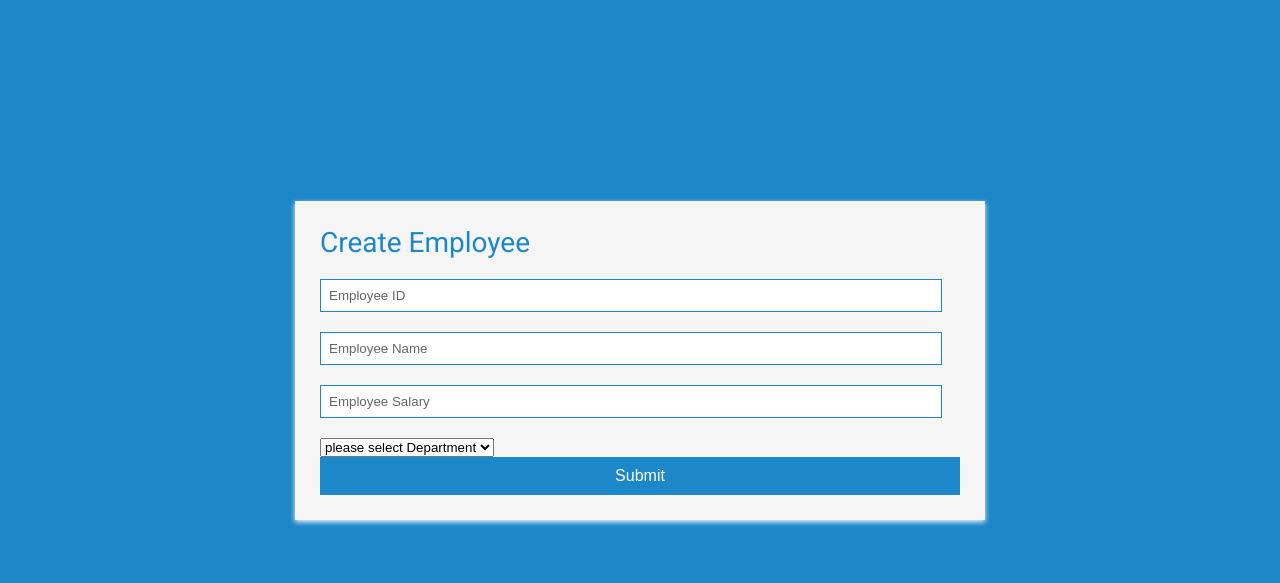
Repository: Meghanareddy1098/employee1
Page: http://localhost/employee-webApp/
An editor plug-in stored every save of this project. The page is shown before and after the next save, followed by the edit.
The browser window is 1280 px wide. The pictures show the whole page.
Some web libraries are served in a nearby version. The page is served by Tomcat 10.

Above is the page before, as saved 2022-05-29 10:34:25.

After the next save:
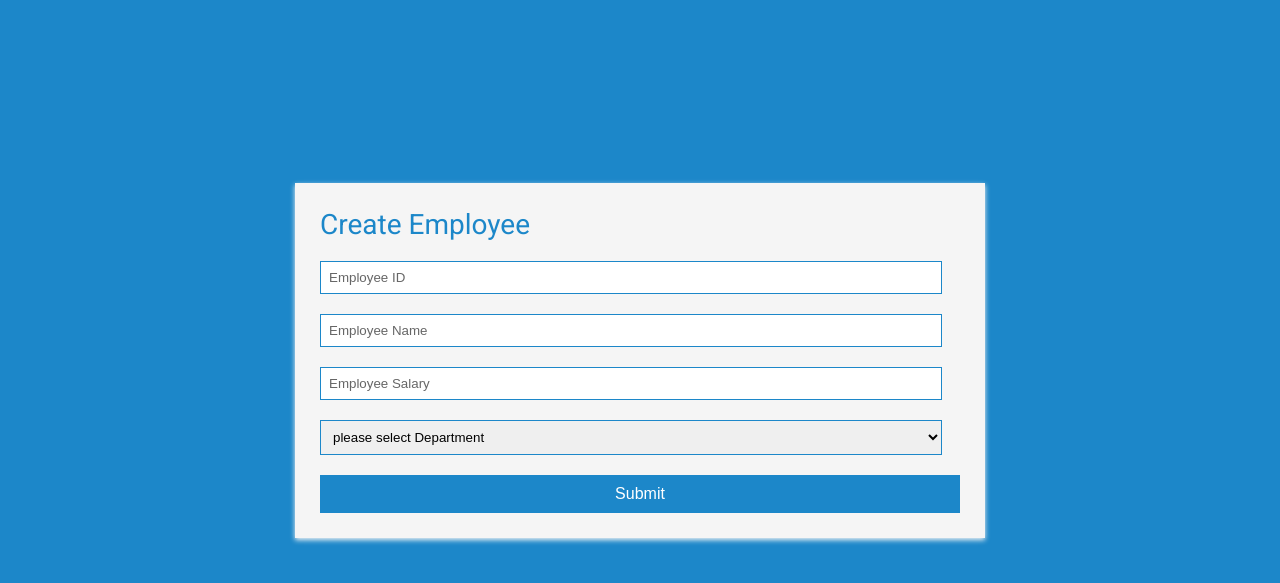
Saved 109 s later.
--- a/employee-webApp/src/main/webapp/index.jsp
+++ b/employee-webApp/src/main/webapp/index.jsp
@@ -45,7 +45,7 @@
       .fa-at , .fa-mail-bulk{
       transform: rotate(10deg);
       }
-      input, textarea {
+      input, select {
       width: calc(100% - 18px);
       padding: 8px;
       margin-bottom: 20px;
